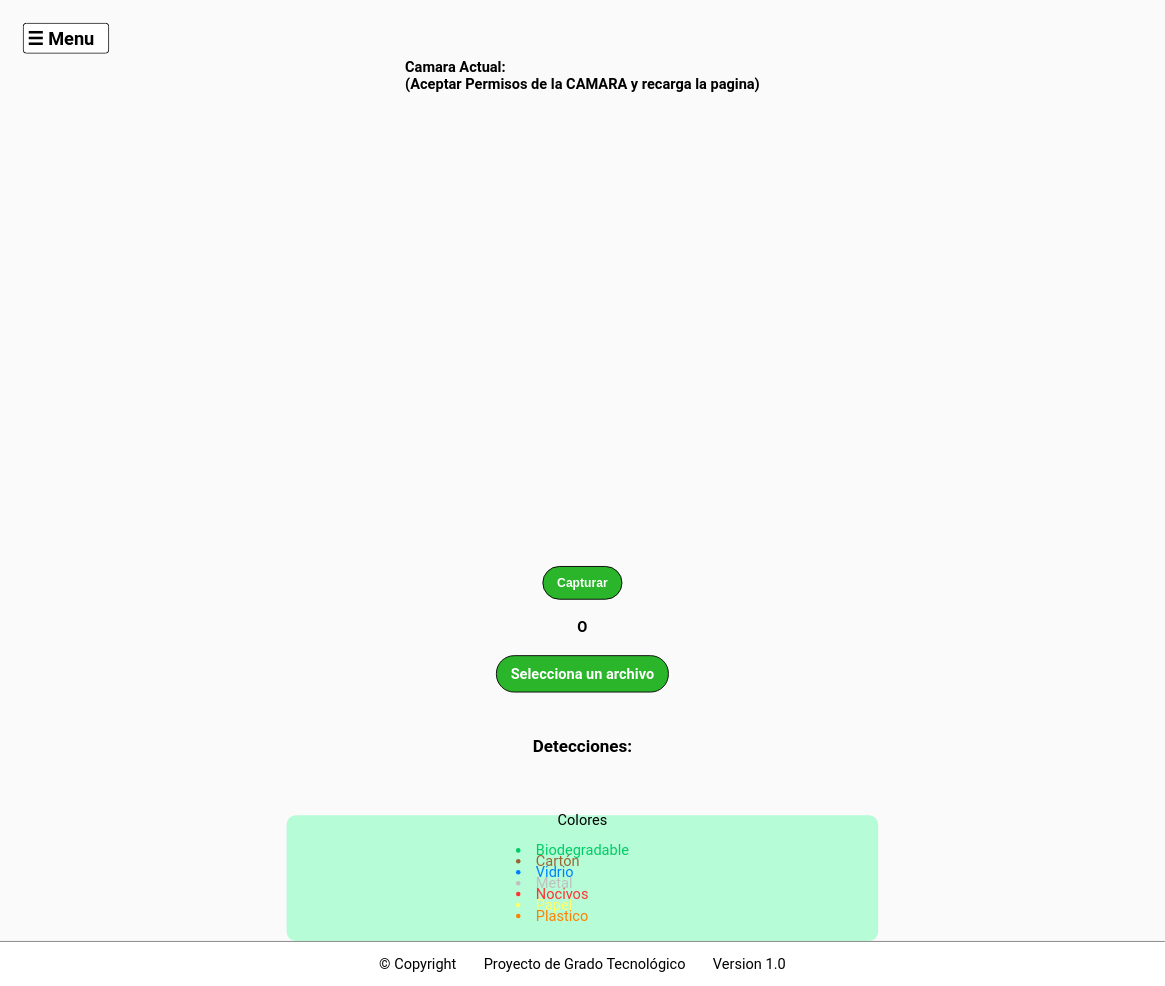
Repository: castecabas/Recicladora
Page: http://localhost/model
These files come from the project's save history. The page is drawn as it stood at one moment and after the next save; the edit follows.
The browser window is 1280 px wide. The pictures show the whole page, at 91% of full size.
Pictures or frames that could not be fetched are drawn as grey boxes. The page is served by the project's application, run on Flask 3 (src/index.py).

Above is the page before, as saved 2024-12-22 20:29:34.

After the next save:
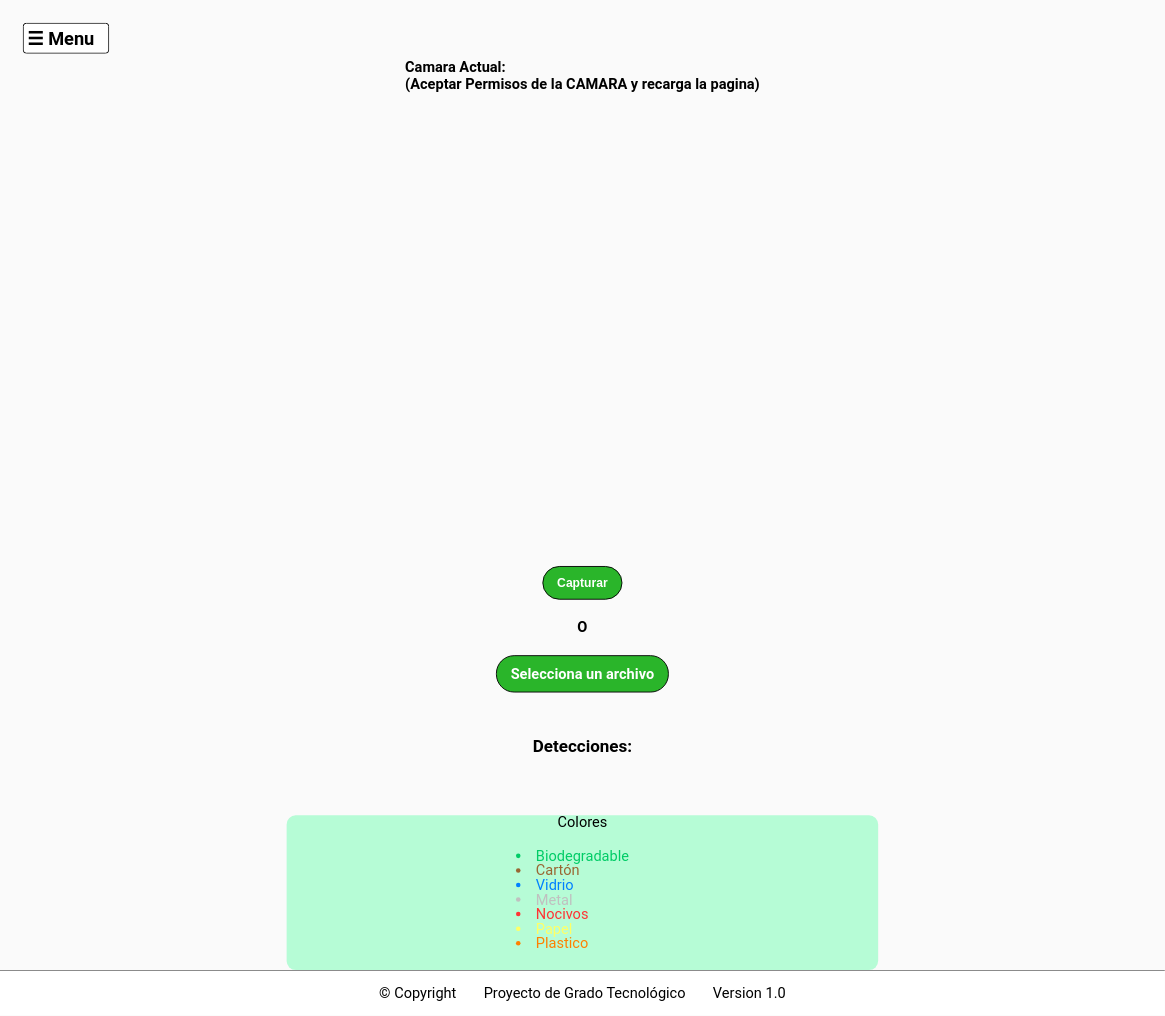
Saved 6 s later.
--- a/src/static/css/model.css
+++ b/src/static/css/model.css
@@ -319,7 +319,7 @@ label#fileinputlabel:hover {
 }
 
 div.colors{
-    line-height: 2px;
+    line-height: 6px;
     background: rgba(165, 253, 205, 0.8);
     border-radius: 10px;
 
